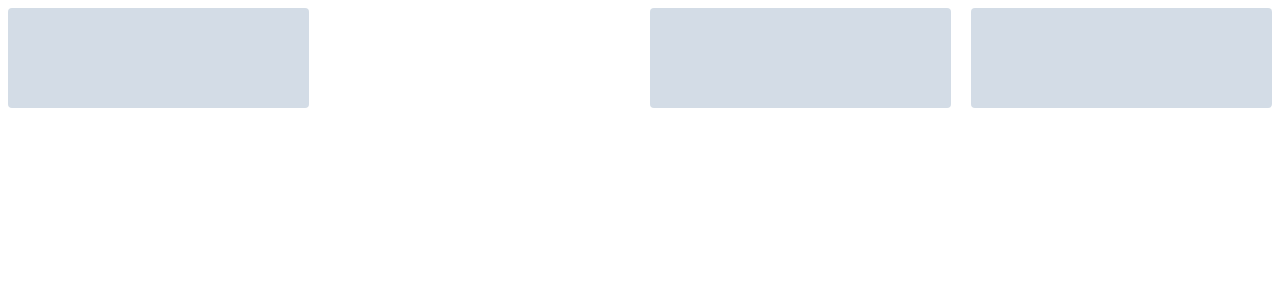
Repository: lagezhou888/element-vue2
Page: /#/button
These files come from the project's save history. The page is drawn as it stood at one moment and after the next save; the edit follows.
The browser window is 1280 px wide. The page is 1282 px wide, then 1280 px, then 1282 px, so the pictures cover 1282 px, including what lies to the right of the window. The pictures show the whole page.
The project was rebuilt for these pictures with package versions that can differ from the ones it lists, and the page was loaded fresh each time. Also part of the build but not shown: src/components/HelloWorld.vue, src/views/Home.vue.

Above is the page before, as saved 2021-05-13 10:57:46.

### src/main.js
import Vue from 'vue'
import ElementUI from 'element-ui'
import 'element-ui/lib/theme-chalk/index.css'
import App from './App.vue'

// fade/zoom 等
import 'element-ui/lib/theme-chalk/base.css'
// collapse 展开折叠
import CollapseTransition from 'element-ui/lib/transitions/collapse-transition'

import router from './router'
import store from './store'
import '@/plugins/element.js'

Vue.component(CollapseTransition.name, CollapseTransition)
Vue.use(ElementUI, { size: 'small', zIndex: 3000 })
Vue.use(ElementUI)
Vue.config.productionTip = false

new Vue({
  router,
  store,
  render: h => h(App)
}).$mount('#app')

### src/App.vue
<template>
  <div id="app">
    <!-- <div id="nav">
      <router-link to="/">Home</router-link> |
      <router-link to="/about">About</router-link>
    </div> -->
    <router-view/>
  </div>
</template>

<style lang="less">
#app {
  font-family: Avenir, Helvetica, Arial, sans-serif;
  -webkit-font-smoothing: antialiased;
  -moz-osx-font-smoothing: grayscale;
  text-align: center;
  color: #2c3e50;
}

#nav {
  padding: 30px;

  a {
    font-weight: bold;
    color: #2c3e50;

    &.router-link-exact-active {
      color: #42b983;
    }
  }
}
</style>

### src/router/index.js
import Vue from 'vue'
import VueRouter from 'vue-router'
import Home from '../views/Home.vue'

Vue.use(VueRouter)

const routes = [
  {
    path: '/',
    name: 'Home',
    component: Home
  },
  {
    path: '/about',
    name: 'About',
    // route level code-splitting
    // this generates a separate chunk (about.[hash].js) for this route
    // which is lazy-loaded when the route is visited.
    component: () => import(/* webpackChunkName: "about" */ '../views/About.vue')
  },
  {
    path: '/button',
    name: 'button',
    component: () => import('../views/components/use-button.vue')
  }
]

const router = new VueRouter({
  routes
})

export default router

### src/plugins/element.js
import Vue from 'vue'
import {
  Pagination,
  Dialog,
  Autocomplete,
  Dropdown,
  DropdownMenu,
  DropdownItem,
  Menu,
  Submenu,
  MenuItem,
  MenuItemGroup,
  Input,
  InputNumber,
  Radio,
  RadioGroup,
  RadioButton,
  Checkbox,
  CheckboxButton,
  CheckboxGroup,
  Switch,
  Select,
  Option,
  OptionGroup,
  Button,
  ButtonGroup,
  Table,
  TableColumn,
  DatePicker,
  TimeSelect,
  TimePicker,
  Popover,
  Tooltip,
  Breadcrumb,
  BreadcrumbItem,
  Form,
  FormItem,
  Tabs,
  TabPane,
  Tag,
  Tree,
  Alert,
  Slider,
  Icon,
  Row,
  Col,
  Upload,
  Progress,
  Spinner,
  Badge,
  Card,
  Rate,
  Steps,
  Step,
  Carousel,
  CarouselItem,
  Collapse,
  CollapseItem,
  Cascader,
  ColorPicker,
  Transfer,
  Container,
  Header,
  Aside,
  Main,
  Footer,
  Timeline,
  TimelineItem,
  Link,
  Divider,
  Image,
  Calendar,
  Backtop,
  PageHeader,
  CascaderPanel,
  Loading,
  MessageBox,
  Message,
  Notification
} from 'element-ui'

Vue.use(Pagination)
Vue.use(Dialog)
Vue.use(Autocomplete)
Vue.use(Dropdown)
Vue.use(DropdownMenu)
Vue.use(DropdownItem)
Vue.use(Menu)
Vue.use(Submenu)
Vue.use(MenuItem)
Vue.use(MenuItemGroup)
Vue.use(Input)
Vue.use(InputNumber)
Vue.use(Radio)
Vue.use(RadioGroup)
Vue.use(RadioButton)
Vue.use(Checkbox)
Vue.use(CheckboxButton)
Vue.use(CheckboxGroup)
Vue.use(Switch)
Vue.use(Select)
Vue.use(Option)
Vue.use(OptionGroup)
Vue.use(Button)
Vue.use(ButtonGroup)
Vue.use(Table)
Vue.use(TableColumn)
Vue.use(DatePicker)
Vue.use(TimeSelect)
Vue.use(TimePicker)
Vue.use(Popover)
Vue.use(Tooltip)
Vue.use(Breadcrumb)
Vue.use(BreadcrumbItem)
Vue.use(Form)
Vue.use(FormItem)
Vue.use(Tabs)
Vue.use(TabPane)
Vue.use(Tag)
Vue.use(Tree)
Vue.use(Alert)
Vue.use(Slider)
Vue.use(Icon)
Vue.use(Row)
Vue.use(Col)
Vue.use(Upload)
Vue.use(Progress)
Vue.use(Spinner)
Vue.use(Badge)
Vue.use(Card)
Vue.use(Rate)
Vue.use(Steps)
Vue.use(Step)
Vue.use(Carousel)
Vue.use(CarouselItem)
Vue.use(Collapse)
Vue.use(CollapseItem)
Vue.use(Cascader)
Vue.use(ColorPicker)
Vue.use(Transfer)
Vue.use(Container)
Vue.use(Header)
Vue.use(Aside)
Vue.use(Main)
Vue.use(Footer)
Vue.use(Timeline)
Vue.use(TimelineItem)
Vue.use(Link)
Vue.use(Divider)
Vue.use(Image)
Vue.use(Calendar)
Vue.use(Backtop)
Vue.use(PageHeader)
Vue.use(CascaderPanel)

Vue.use(Loading.directive)

Vue.prototype.$loading = Loading.service
Vue.prototype.$msgbox = MessageBox
Vue.prototype.$alert = MessageBox.alert
Vue.prototype.$confirm = MessageBox.confirm
Vue.prototype.$prompt = MessageBox.prompt
Vue.prototype.$notify = Notification
Vue.prototype.$message = Message

### src/views/components/use-button.vue
<template>
  <div>
    <el-row :gutter="20">
      <el-col :span="6"><div class="grid-content bg-purple"></div></el-col>
      <el-col :span="6"><div class="kong">&nbsp;</div></el-col>
      <el-col :span="6"><div class="grid-content bg-purple"></div></el-col>
      <el-col :span="6"><div class="grid-content bg-purple"></div></el-col>
    </el-row>
  </div>
</template>

<script>
export default ({

})
</script>

<style lang="less" scoped>
  @minH: 100px;
  .bg-purple {
    background: #d3dce6;
  }
  .grid-content {
    border-radius: 4px;
    min-height: @minH;
  }
  .kong {
    min-height: 1px;
  }
</style>

Loaded but not shown: public/index.html (common file); src/store/index.js (common file)

After the next save:
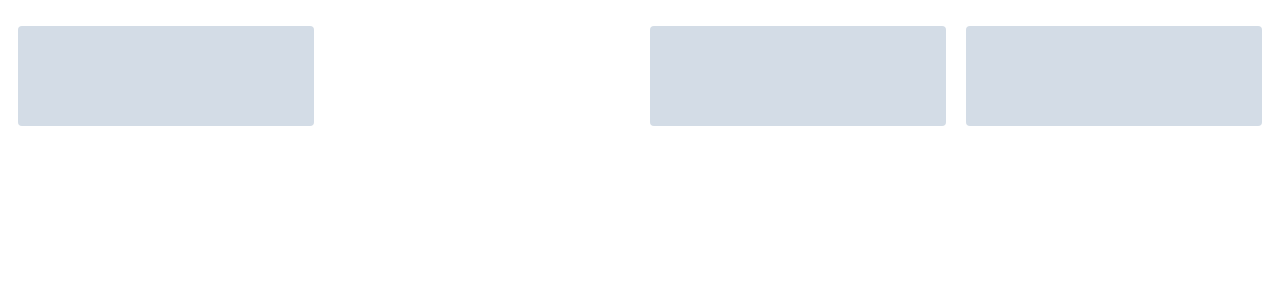
Saved 9 min 13 s later.
--- a/src/views/components/use-button.vue
+++ b/src/views/components/use-button.vue
@@ -1,6 +1,6 @@
 <template>
   <div>
-    <el-row :gutter="20">
+    <el-row :gutter="20" tag="测试1">
       <el-col :span="6"><div class="grid-content bg-purple"></div></el-col>
       <el-col :span="6"><div class="kong">&nbsp;</div></el-col>
       <el-col :span="6"><div class="grid-content bg-purple"></div></el-col>

After the save that followed:
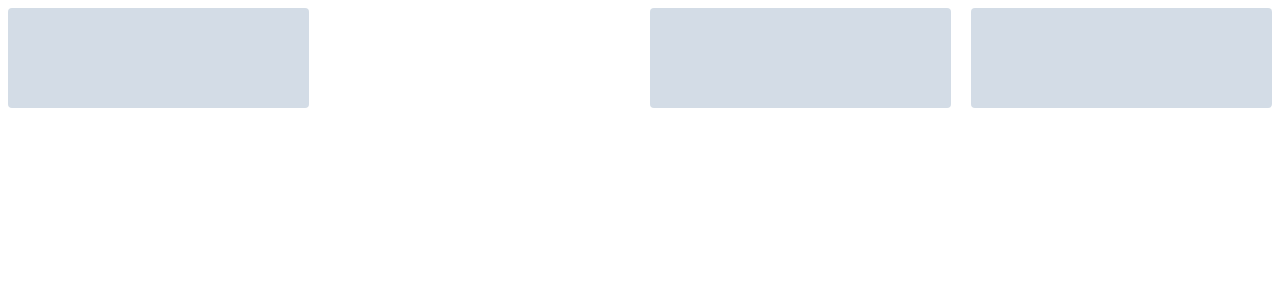
Saved 45 s later.
--- a/src/views/components/use-button.vue
+++ b/src/views/components/use-button.vue
@@ -1,6 +1,6 @@
 <template>
   <div>
-    <el-row :gutter="20" tag="测试1">
+    <el-row :gutter="20" tag="测试1" type="flex" >
       <el-col :span="6"><div class="grid-content bg-purple"></div></el-col>
       <el-col :span="6"><div class="kong">&nbsp;</div></el-col>
       <el-col :span="6"><div class="grid-content bg-purple"></div></el-col>
